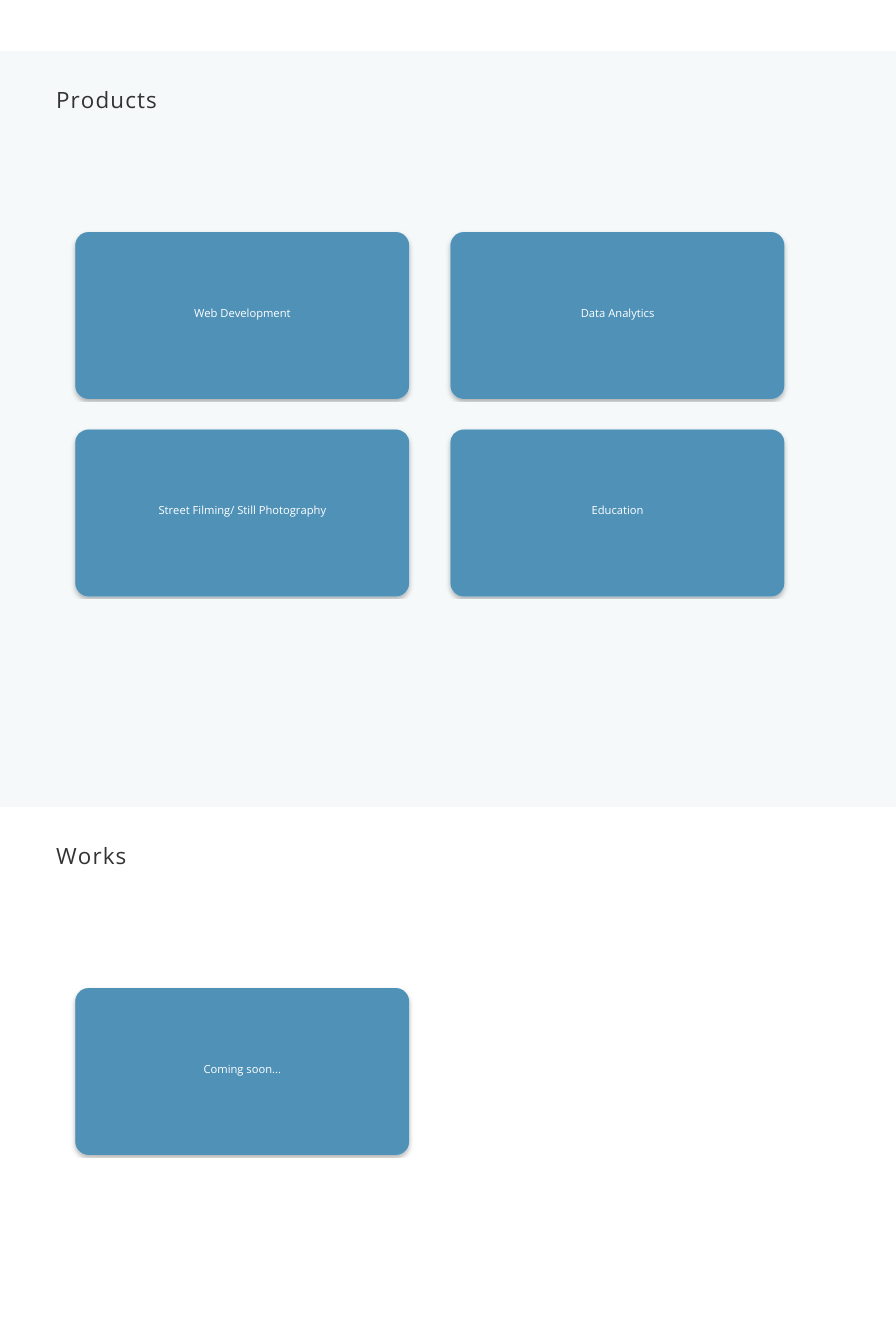
Repository: AirDepot/web
Page: index.html
The author's editor kept a copy of each file at every save. The page is drawn from the files as they stood at one save, then again after the next save.
The browser window is 1280 px wide. The pictures show the part of the page from y = 2087 to 4007 px (the page is 6592 px tall), at 70% of full size.

Above is the page before, as saved 2020-02-12 00:07:15.

After the next save:
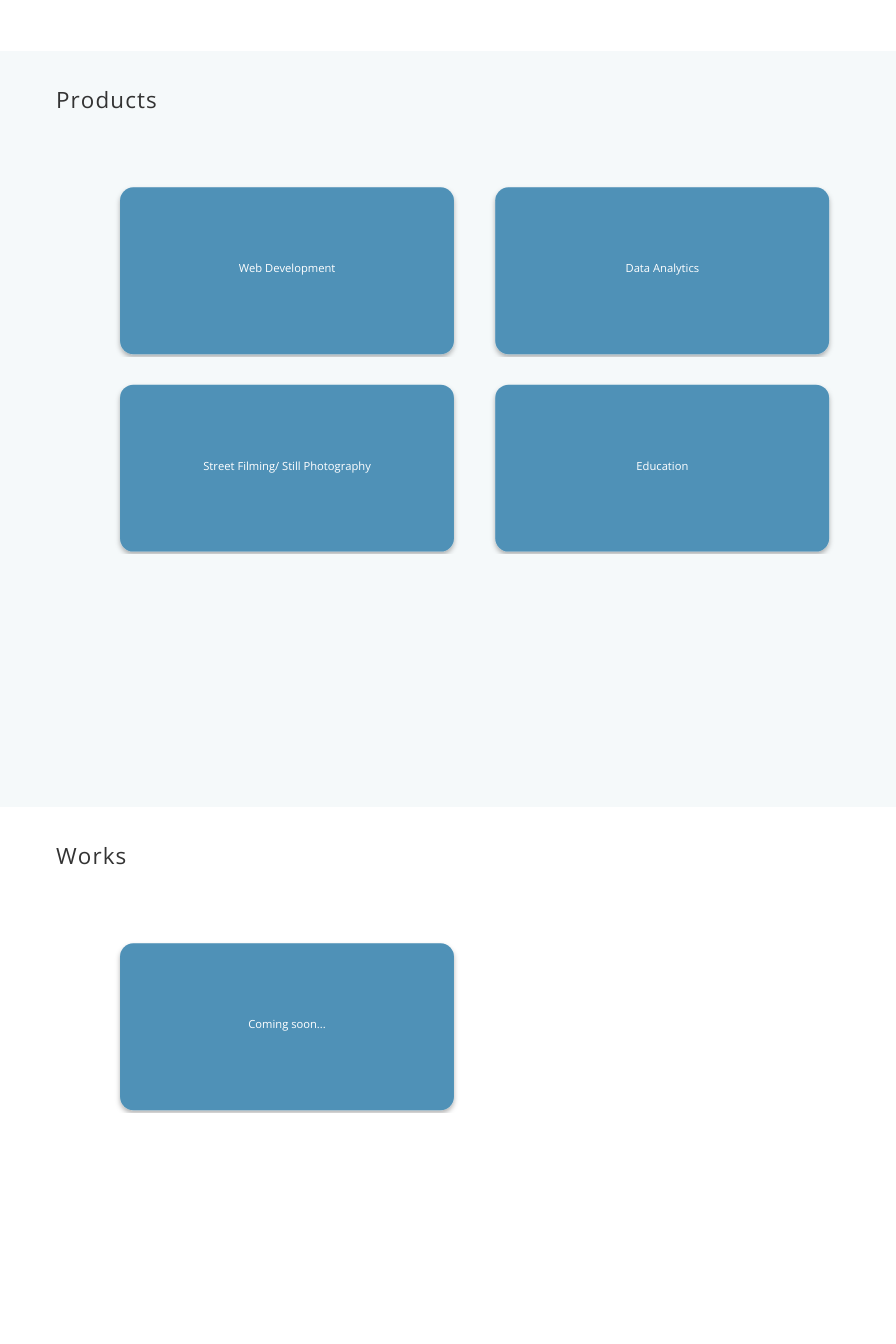
Saved 12 s later.
--- a/assets/css/common.css
+++ b/assets/css/common.css
@@ -129,8 +129,7 @@
 section#box_master {
     display: block;
     width: 100%;
-    margin-left: 5rem;
-    margin-top: 9rem;
+    margin: 5rem 9rem;
 }
 
 div#works {

After the save that followed:
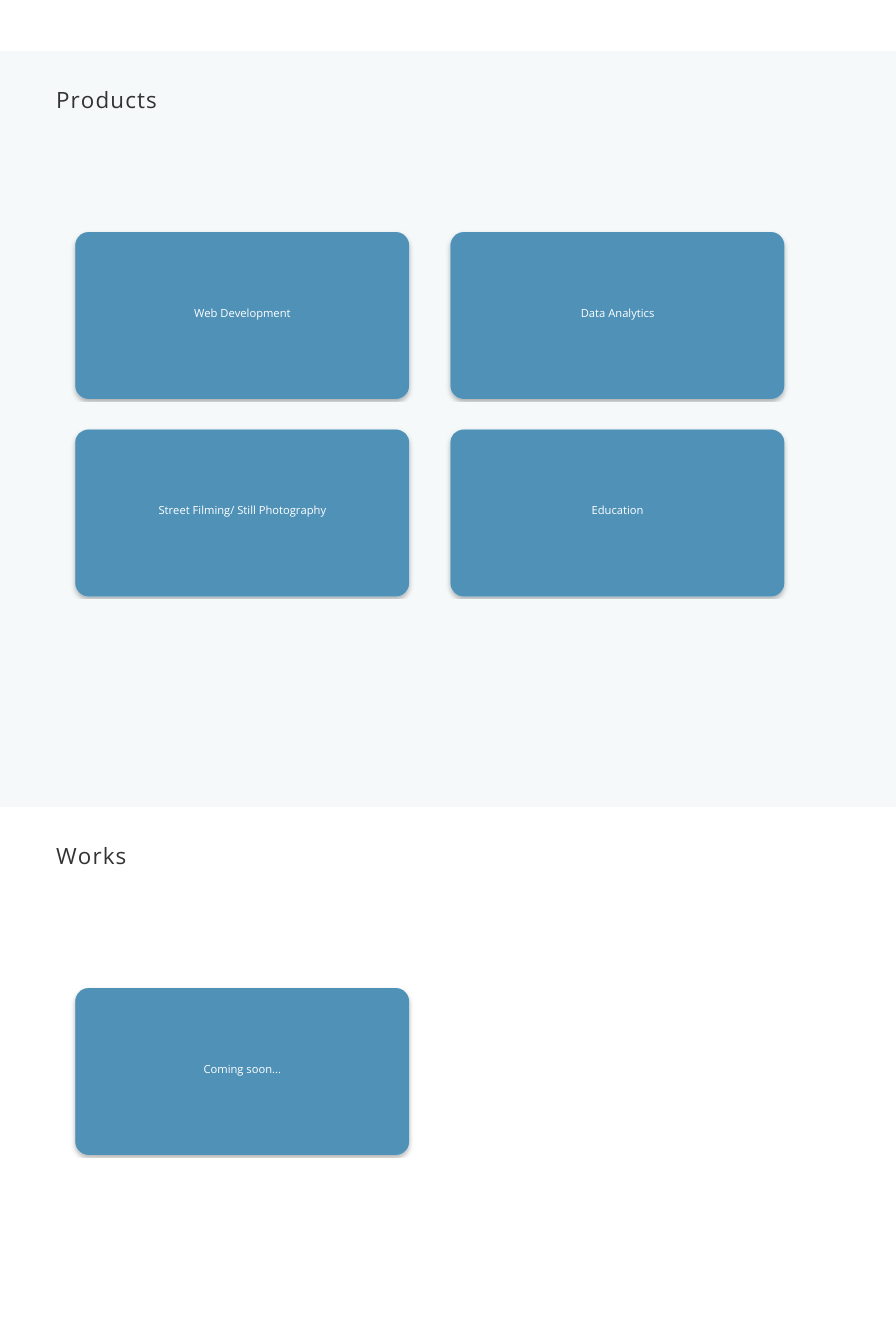
Saved 9 s later.
--- a/assets/css/common.css
+++ b/assets/css/common.css
@@ -129,7 +129,8 @@
 section#box_master {
     display: block;
     width: 100%;
-    margin: 5rem 9rem;
+    margin-left: 5rem;
+    margin-top: 9rem;
 }
 
 div#works {
